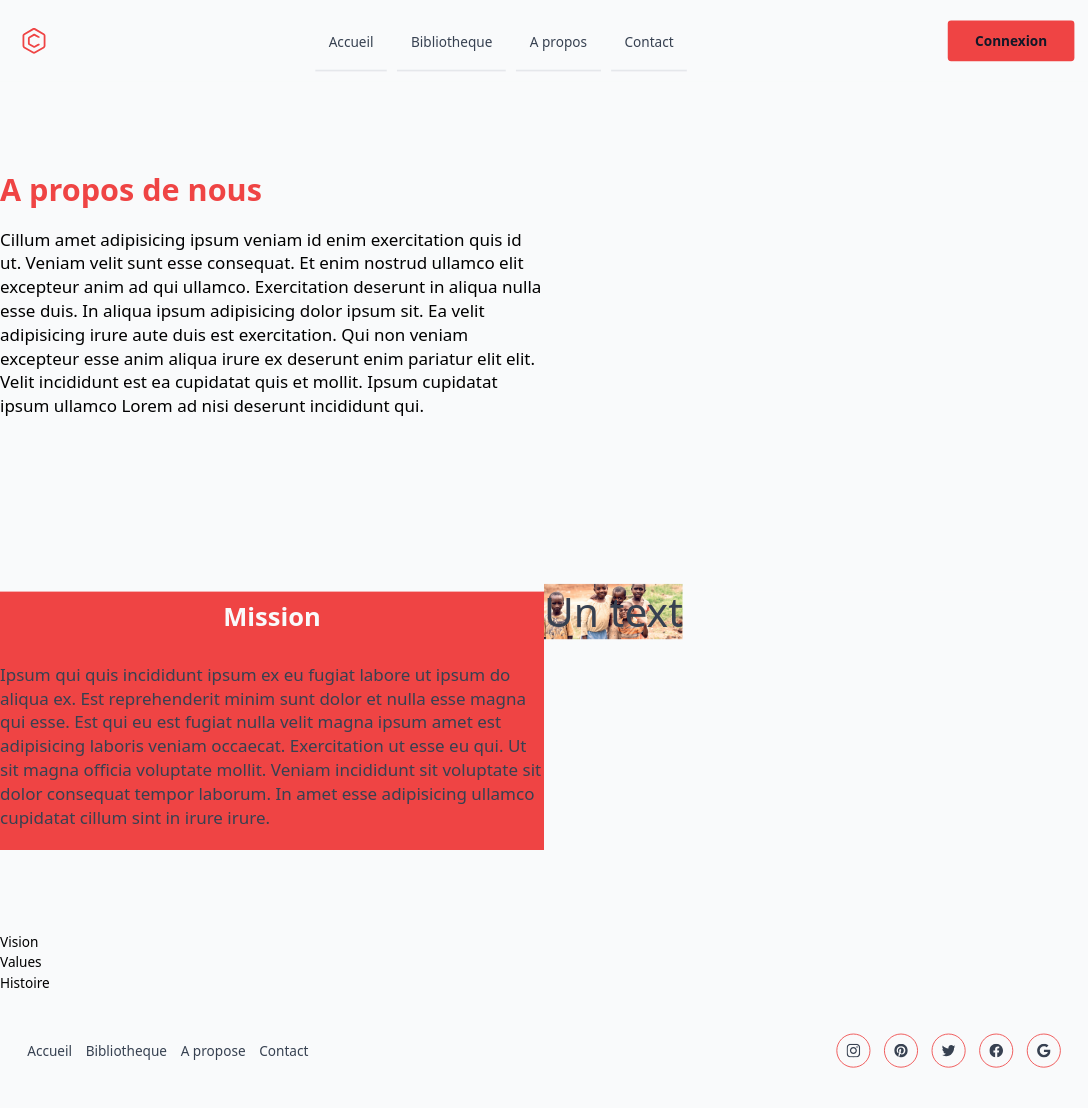
Repository: erulabs243/museum
Page: /about
The author's editor kept a copy of each file at every save. The page is drawn from the files as they stood at one save, then again after the next save.
The browser window is 1280 px wide. The pictures show the whole page, at 85% of full size.
The project was rebuilt for these pictures with package versions that can differ from the ones it lists, and the page was loaded fresh each time. Also part of the build but not shown: vite.config.js, src/pages/admin/Home.jsx, src/pages/commons/NotFound.jsx, src/components/atoms/TagBadge.jsx, src/components/atoms/MyAudioPlayer.jsx, src/components/atoms/MyVideoPlayer.jsx, src/components/atoms/MediaCard.jsx, src/components/sections/Testimonial.jsx and 16 more.

Above is the page before, as saved 2022-08-10 14:04:57.

After the next save:
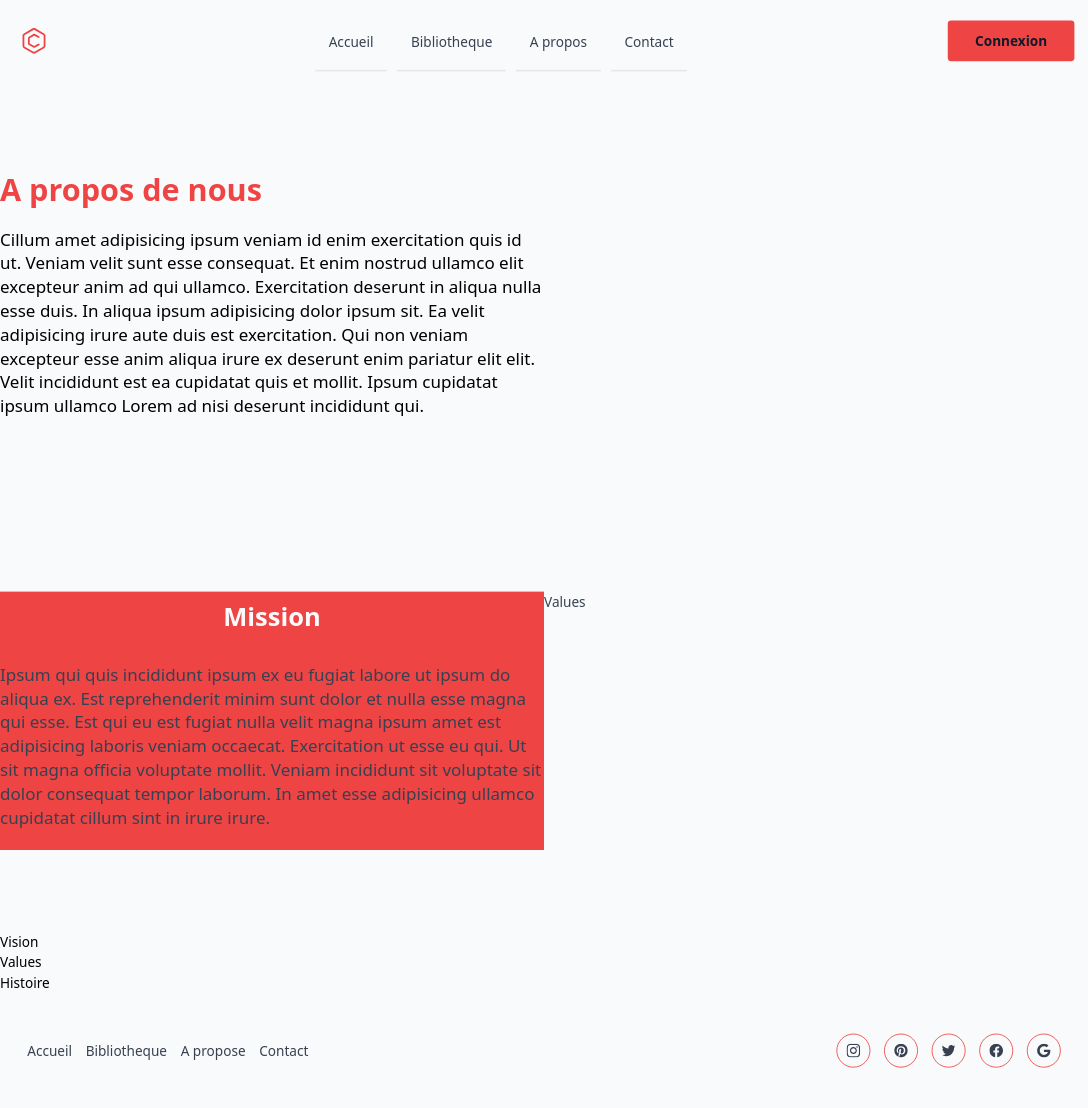
Saved 21 s later.
--- a/src/pages/user/About.jsx
+++ b/src/pages/user/About.jsx
@@ -1,6 +1,5 @@
 'use strict';
 
-import { UserIcon } from '@heroicons/react/solid';
 import { Footer, Navbar } from '../../components/sections';
 
 const About = () => {
@@ -42,10 +41,8 @@ const About = () => {
                             in irure irure.
                         </p>
                     </div>
-                    <div className="bg-gray-50 text-gray-700 text-5xl">
-                        <span className="bg-clip-text bg-children bg-cover bg-center bg-no-repeat">
-                            Un text
-                        </span>
+                    <div className="bg-gray-50 text-gray-700">
+                        <h1>Values</h1>
                     </div>
                 </div>
             </section>
